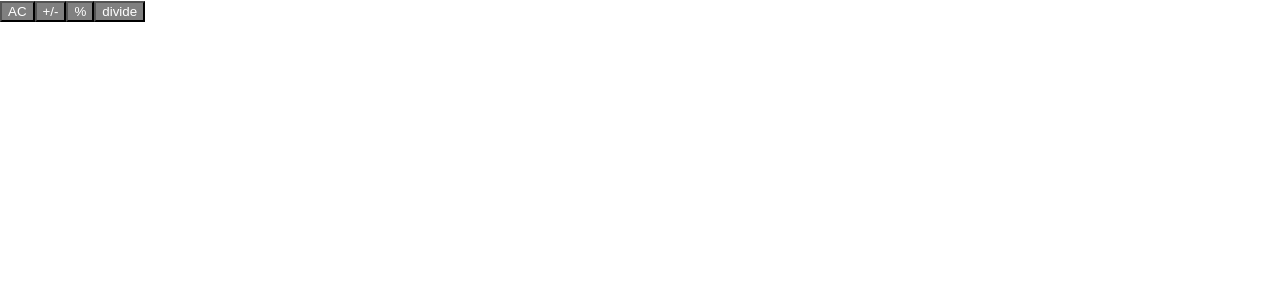
Repository: catsarenotreal/CalculatorWebApp
Page: /
These files come from the project's save history. The page is drawn as it stood at one moment and after the next save; the edit follows.
The browser window is 1280 px wide. The pictures show the whole page.
The project was rebuilt for these pictures with package versions that can differ from the ones it lists, and the page was loaded fresh each time.

Above is the page before, as saved 2024-08-22 13:34:27.

After the next save:
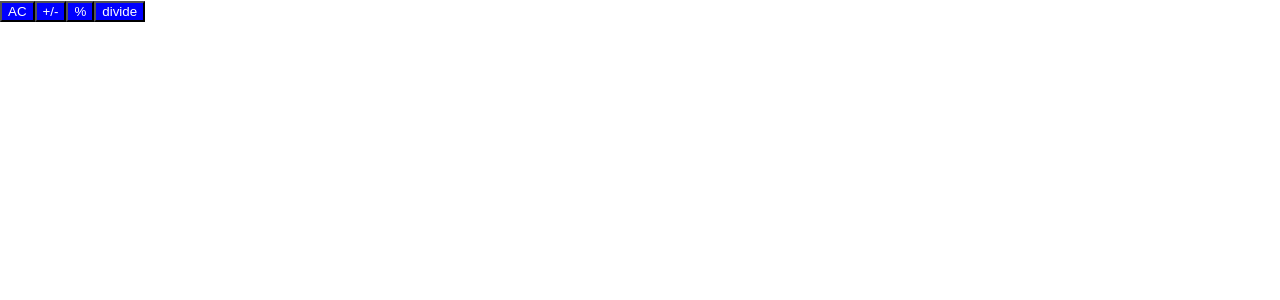
Saved 16 s later.
--- a/src/App.css
+++ b/src/App.css
@@ -44,7 +44,7 @@
 
 .Buttons {
   text-align: center;
-  background-color: var(--bgColour);
+  background-color: blue;
   color: white;
 }
 

After the save that followed:
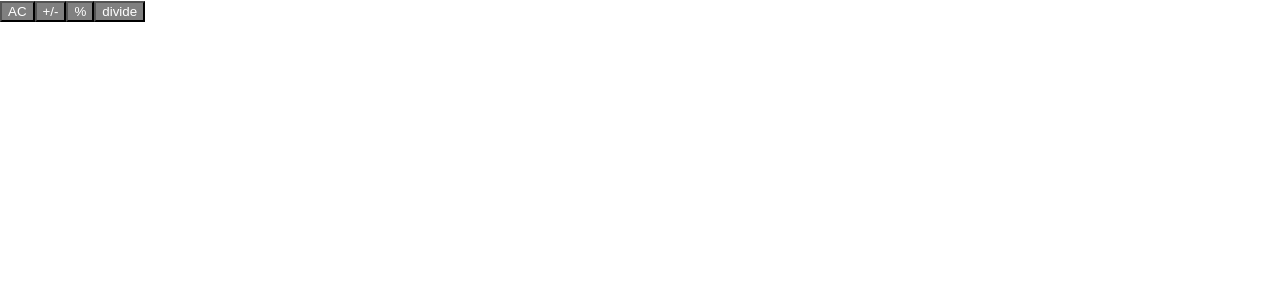
Saved 4 s later.
--- a/src/App.css
+++ b/src/App.css
@@ -44,7 +44,7 @@
 
 .Buttons {
   text-align: center;
-  background-color: blue;
+  background-color: var(--bgColour);
   color: white;
 }
 
